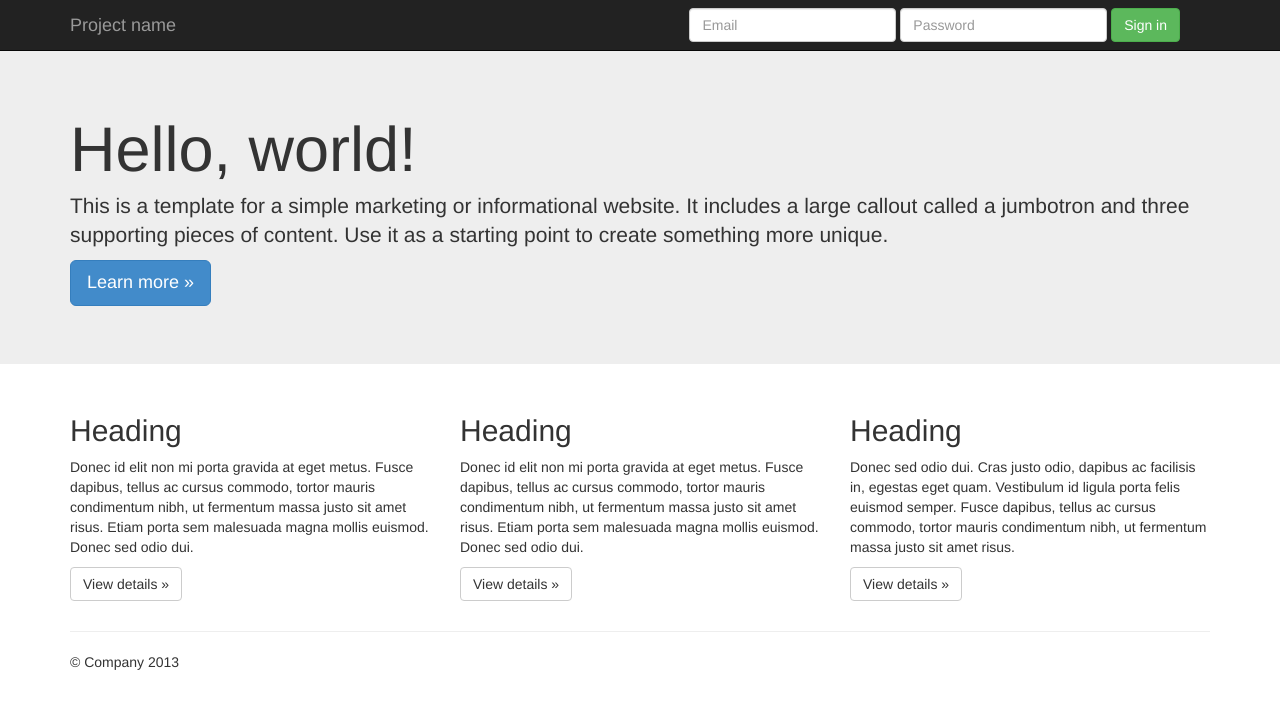
Repository: gpai/epilogue
Page: sandbox/grace/bootstrapTest/BootstrapTest/test2.html
An editor plug-in stored every save of this project. The page is shown before and after the next save, followed by the edit.
The browser window is 1280 px wide. The pictures show the whole page.
Some web libraries are served in a nearby version.

Above is the page before, as saved 2013-10-30 21:35:54.

### sandbox/grace/bootstrapTest/BootstrapTest/test2.html

<!DOCTYPE html>
<html lang="en">
  <head>
    <meta charset="utf-8">
    <meta http-equiv="X-UA-Compatible" content="IE=edge">
    <meta name="viewport" content="width=device-width, initial-scale=1.0">
    <meta name="description" content="">
    <meta name="author" content="">
    <link rel="shortcut icon" href="../../docs-assets/ico/favicon.png">

    <title>Jumbotron Template for Bootstrap</title>

    <!-- Bootstrap core CSS -->
    <link href="css/bootstrap.css" rel="stylesheet">

    <!-- Custom styles for this template -->
    <link href="css/jumbotron.css" rel="stylesheet">

    <!-- Just for debugging purposes. Don't actually copy this line! -->
    <!--[if lt IE 9]><script src="../../docs-assets/js/ie8-responsive-file-warning.js"></script><![endif]-->

    <!-- HTML5 shim and Respond.js IE8 support of HTML5 elements and media queries -->
    <!--[if lt IE 9]>
      <script src="https://oss.maxcdn.com/libs/html5shiv/3.7.0/html5shiv.js"></script>
      <script src="https://oss.maxcdn.com/libs/respond.js/1.3.0/respond.min.js"></script>
    <![endif]-->
  </head>

  <body>

    <div class="navbar navbar-inverse navbar-fixed-top">
      <div class="container">
        <div class="navbar-header">
          <button type="button" class="navbar-toggle" data-toggle="collapse" data-target=".navbar-collapse">
            <span class="icon-bar"></span>
            <span class="icon-bar"></span>
            <span class="icon-bar"></span>
          </button>
          <a class="navbar-brand" href="#">Project name</a>
        </div>
        <div class="navbar-collapse collapse">
          <form class="navbar-form navbar-right">
            <div class="form-group">
              <input type="text" placeholder="Email" class="form-control">
            </div>
            <div class="form-group">
              <input type="password" placeholder="Password" class="form-control">
            </div>
            <button type="submit" class="btn btn-success">Sign in</button>
          </form>
        </div><!--/.navbar-collapse -->
      </div>
    </div>

    <!-- Main jumbotron for a primary marketing message or call to action -->
    <div class="jumbotron">
      <div class="container">
        <h1>Hello, world!</h1>
        <p>This is a template for a simple marketing or informational website. It includes a large callout called a jumbotron and three supporting pieces of content. Use it as a starting point to create something more unique.</p>
        <p><a class="btn btn-primary btn-lg" role="button">Learn more &raquo;</a></p>
      </div>
    </div>

    <div class="container">
      <!-- Example row of columns -->
      <div class="row">
        <div class="col-md-4">
          <h2>Heading</h2>
          <p>Donec id elit non mi porta gravida at eget metus. Fusce dapibus, tellus ac cursus commodo, tortor mauris condimentum nibh, ut fermentum massa justo sit amet risus. Etiam porta sem malesuada magna mollis euismod. Donec sed odio dui. </p>
          <p><a class="btn btn-default" href="#" role="button">View details &raquo;</a></p>
        </div>
        <div class="col-md-4">
          <h2>Heading</h2>
          <p>Donec id elit non mi porta gravida at eget metus. Fusce dapibus, tellus ac cursus commodo, tortor mauris condimentum nibh, ut fermentum massa justo sit amet risus. Etiam porta sem malesuada magna mollis euismod. Donec sed odio dui. </p>
          <p><a class="btn btn-default" href="#" role="button">View details &raquo;</a></p>
       </div>
        <div class="col-md-4">
          <h2>Heading</h2>
          <p>Donec sed odio dui. Cras justo odio, dapibus ac facilisis in, egestas eget quam. Vestibulum id ligula porta felis euismod semper. Fusce dapibus, tellus ac cursus commodo, tortor mauris condimentum nibh, ut fermentum massa justo sit amet risus.</p>
          <p><a class="btn btn-default" href="#" role="button">View details &raquo;</a></p>
        </div>
      </div>

      <hr>

      <footer>
        <p>&copy; Company 2013</p>
      </footer>
    </div> <!-- /container -->


    <!-- Bootstrap core JavaScript
    ================================================== -->
    <!-- Placed at the end of the document so the pages load faster -->
    <script src="https://code.jquery.com/jquery-1.10.2.min.js"></script>
    <script src="../../dist/js/bootstrap.min.js"></script>
  </body>
</html>

Loaded but not shown: sandbox/grace/bootstrapTest/BootstrapTest/css/bootstrap.css (library); sandbox/grace/bootstrapTest/BootstrapTest/css/jumbotron.css (common file); sandbox/grace/bootstrapTest/BootstrapTest/js/bootstrap.min.js (library)

After the next save:
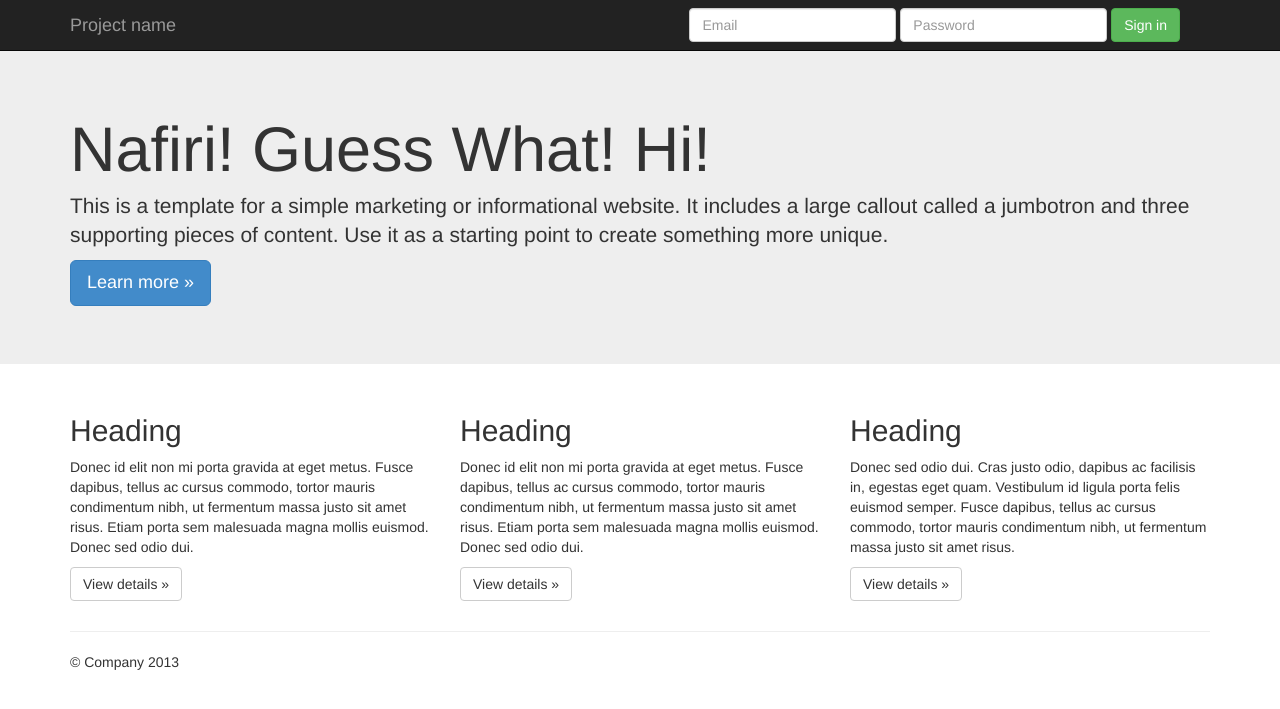
Saved 11 s later.
--- a/sandbox/grace/bootstrapTest/BootstrapTest/test2.html
+++ b/sandbox/grace/bootstrapTest/BootstrapTest/test2.html
@@ -56,7 +56,7 @@
     <!-- Main jumbotron for a primary marketing message or call to action -->
     <div class="jumbotron">
       <div class="container">
-        <h1>Hello, world!</h1>
+        <h1>Nafiri! Guess What! Hi!</h1>
         <p>This is a template for a simple marketing or informational website. It includes a large callout called a jumbotron and three supporting pieces of content. Use it as a starting point to create something more unique.</p>
         <p><a class="btn btn-primary btn-lg" role="button">Learn more &raquo;</a></p>
       </div>
@@ -94,6 +94,6 @@
     ================================================== -->
     <!-- Placed at the end of the document so the pages load faster -->
     <script src="https://code.jquery.com/jquery-1.10.2.min.js"></script>
-    <script src="../../dist/js/bootstrap.min.js"></script>
+    <script src="js/bootstrap.min.js"></script>
   </body>
 </html>
